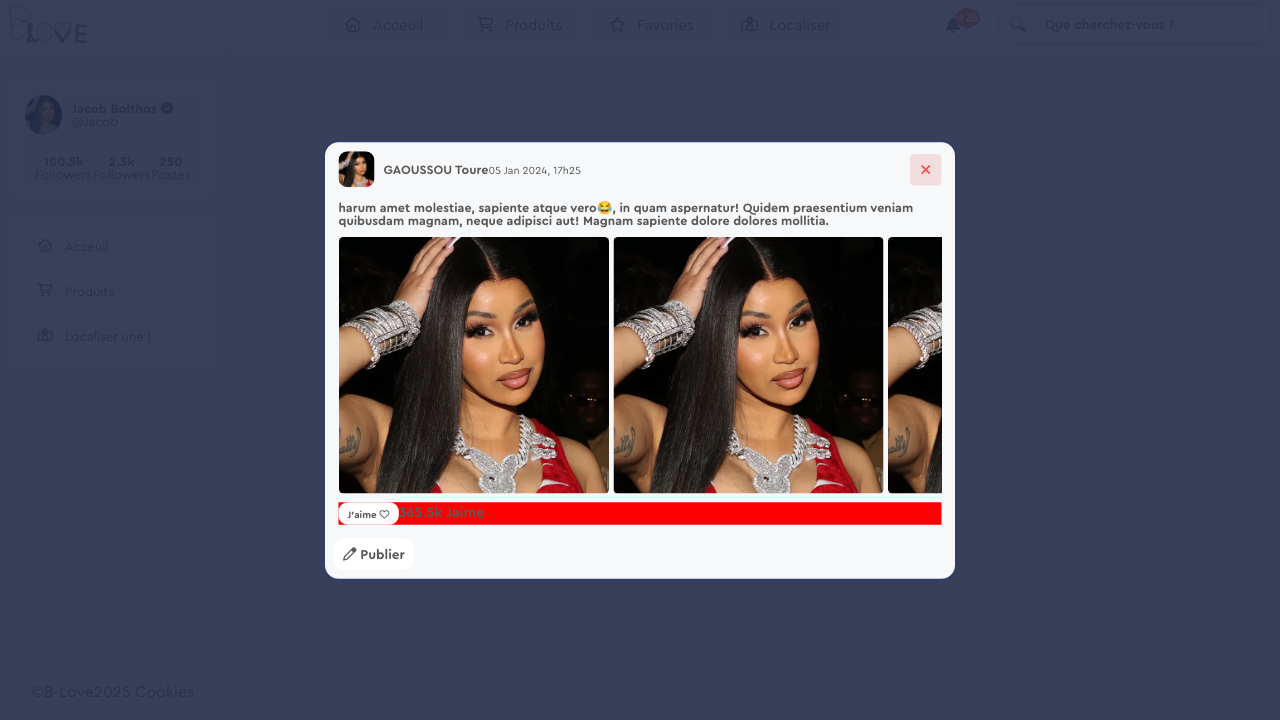
Repository: moomoony-log/b-love
Page: /home
The author's editor kept a copy of each file at every save. The page is drawn from the files as they stood at one save, then again after the next save.
The browser window is 1280 px wide. The pictures show the whole page.
The project was rebuilt for these pictures with package versions that can differ from the ones it lists, and the page was loaded fresh each time. Also part of the build but not shown: vite.config.ts, src/rules/legacy.tsx, src/rules/privacy.tsx, src/components/basic/notification.tsx, src/view/auth.tsx, src/view/main/acceuil.tsx, src/view/main/dashbord.tsx, src/view/main/info-account.tsx and 3 more.

Above is the page before, as saved 2025-10-15 15:30:15.

### index.html
<!--
        ?????????         ?????????        ???????????????????
        ????? ?????     ????? ?????      ??????????   ??????????
        ?????  ?????   ?????  ?????    ????????         ????????
        ?????   ????? ?????   ?????    ??????            ????????
        ?????    ?????????    ?????    ??????            ????????
        ?????      ?????      ?????    ???????          ????????
        ?????                 ?????     ?????????      ????????
        ?????                 ?????        ???????????????????
        ?????                 ?????         ????????????????

    TRAVAIL JUSQU'A CE QU'ON DISE QUE TU ES FRANC-MAÇON
    TRAVAIL JUSQU'A CE QU'ON DISE QUE TU ES FRANC-MAÇON
    TRAVAIL JUSQU'A CE QU'ON DISE QUE TU ES FRANC-MAÇON
-->
<!doctype html>
<html lang="en">
  <head>
    <meta charset="UTF-8">
    <meta name="viewport" content="width=device-width, initial-scale=1.0">
    <meta http-equiv="X-UA-Compatible" content="IE=edge">
    <!-- Inbuilt -->
    <link rel="shortcut icon" href="./img/logoloveb.png" type="image/x-icon">
    <!-- <link rel="stylesheet" href="./vendor/font-awesome-pro/css/all.css">  -->
    <!-- <link rel="stylesheet" href="./css/app.css">  -->
    <title>B!love</title>
  </head>
  <body id="index">
    <div id="main-container"></div>
    <script type="module" src="/src/main.tsx"></script>
  </body>
</html>

### src/main.tsx
import { StrictMode } from 'react'
import { createRoot } from 'react-dom/client'
import App from './app'

createRoot(document.getElementById('main-container')!).render(
  <StrictMode>
    <App />
  </StrictMode>
)

### src/app.tsx

import { createBrowserRouter, RouterProvider } from "react-router-dom";
import Legacy from "./rules/legacy";
import Privacy from "./rules/privacy";
import Main from "./view/main/main";
import Auth from "./view/auth";
import Acceuil from "./view/main/acceuil";
import Dashbord from "./view/main/dashbord";
import "../public/css/app.css"
import "../public/vendor/font-awesome-pro/css/all.css"
import InfoAccount from "./view/main/info-account";
import Account from "./view/main/account";
import BecomeToMember from "./view/main/becomeToMember";
import Product from "./view/main/product";

// import Auth from "./view/auth";

const router =  createBrowserRouter([
	{
		path:'/',
		element:<Auth/>
	},
	{
		path:'/legacy',
		element:<Legacy/>
	},
	{
		path:'/privacy',
		element:<Privacy/>
	},
	{
		path:'/home',
		element:<Main/>,
		children:[
			{
				path:'acceuil',
				element: <Acceuil/>
			},
			{
				path:'dashbord',
				element: <Dashbord/>,
			},
			{
				path: 'product',
				element: <Product/>
			},
			{
				path:'check',
				element: <div>Localisation</div>
			},
			{
				path:'client',
				element: <InfoAccount/>,
				children: [
					{
						path:'compte',
						element: <Account/>
					},
					{
						path:'devenir_membre',
						element: <BecomeToMember/>
					},

				]
			}

		]
	}
])

// --> POINT D'ENTREE DANS L'APP(INDEX --> AUTH)
function App() {
	return <RouterProvider router={router}/>
}

export default App

### src/components/basic/button.tsx
// --> BUTTON COMPONENTS

import { forwardRef } from "react"
import { NavLink, useLocation } from "react-router-dom";

interface buttonProps {
    type: 'submit' | 'button',
    name?: string,
    icon?:string,
    color?: string,
    outline?: string,
    small?: 'small' | 'small-1' | 'small-2' | 'small-3',
    navigate?: string,
    children: boolean,
    border?: boolean,
    to: string | false,
    inner?:string,
    disable?:boolean,
    onclick?: () => unknown
}

const Button = forwardRef<HTMLButtonElement, buttonProps>(
  ({ name, icon, color, outline, small, navigate, inner, disable, children,border, to, onclick }, ref) => {
    const location = useLocation()
    return (
      <button
        ref={ref}
        type="button"
        className="ui-btn"
        name={name}
        color={color}
        {...(outline ? { "data-outline": "" } : {})}
        {...(disable ? { disabled: true } : {})}
        {...(navigate ? { "data-navigate": "" } : {})}
        {...(inner ? { "data-inner": "" } : {})}
        {...(small ? { "data-size" : small} : {})}
        {...(border ? { "data-border": "" } : {})}
        {...(to && location.pathname === to ? { "data-active": "" } : {})}
        onClick={onclick}
      >
        { (!children && !to ) && name } { icon && (!children && !to ) && <i className={icon}></i> }

        { (children && to) && <NavLink to={to}>  <i className={icon}></i>  {name} </NavLink> }

      </button>
    );
  }
);

export default Button

### src/components/basic/modals/pubItem.tsx
// --> Item Publication Modal

import Button from "../button"

const ItemPub = () => {
    return(
        <>
        <div className="modal" data-name="pub-item" data-show>
                <div className="box">
                    <div className="modal-head">
                        <div className="title">
                            <div className="cont-account-img" data-name="pub-item"><img src="../img/cardi_b.webp"/></div>
                            <div className="identity">
                                <span>GAOUSSOU Toure</span>
                                <span>05 Jan 2024, 17h25</span>
                            </div>
                         </div>
                        <span className="exit"><i className="fa-solid fa-xmark"></i></span>
                    </div>
                    <div className="body">
                        <div className="about-pub" data-data>
                            harum amet molestiae, sapiente atque vero😂, in quam aspernatur! Quidem praesentium veniam quibusdam magnam, neque adipisci aut! Magnam sapiente dolore dolores mollitia.
                        </div>
                        <div className="medias-cont">
                            <div className="cont-account-img" data-name="pub-item-img"><img src="../img/cardi_b.webp"/></div>
                            <div className="cont-account-img" data-name="pub-item-img"><img src="../img/cardi_b.webp"/></div>
                            <div className="cont-account-img" data-name="pub-item-img"><img src="../img/cardi_b.webp"/></div>
                            <div className="cont-account-img" data-name="pub-item-img"><img src="../img/cardi_b.webp"/></div>
                            <div className="cont-account-img" data-name="pub-item-img"><img src="../img/cardi_b.webp"/></div>
                            <div className="cont-account-img" data-name="pub-item-img"><video src="../videos/Standard_Mode_Le_b_b__sirote_son_champagne_en_.mp4" ></video></div>
                            <div className="cont-account-img" data-name="pub-item-img"><video src="../videos/Standard_Mode_Le_b_b__sirote_son_champagne_en_.mp4" ></video></div>
                        </div>
                        <div className="pub-info">
                            <div className="one">
                                <Button children={false} outline="" icon="fa-regular fa-heart" to={false} type="button" name="J'aime" small="small-3"  />
                                <span className="like">365.5k Jaime</span>
                            </div>

                        </div>

                    </div>
                    <div className="controler">
                        <button type="button" className="ui-btn" name=""  data-size="large"  color=""> <i className="fa-regular fa-pen"></i> Publier</button>
                    </div>
                </div>
            </div>
        </>
    )
}

export default ItemPub

### public/css/config/config.css
/* Style global de configuration */

/* Police d'ecriture */
/* Cera */
@font-face{
    font-family: 'Cera';
    src: url('../../font/cera-round-pro/CeraRoundPro-Bold.otf');
    font-weight: bold;
}
@font-face {
    font-family: 'Cera';
    src: url('../../font/cera-round-pro/CeraRoundPro-Regular.otf');
    font-weight: normal;
}

/* body{
    display: flex !important;
    padding: 5px;
    height: 100%;
    width: 100%;
    position: absolute;
    top: 0;
    left: 0;
    overflow: hidden;
} */
body *{
    box-sizing: border-box;
    font-family: 'Cera', sans-serif;
    font-weight: bold;
}

button:focus, input:focus, textarea:focus, select:focus {
    outline: none;
}

button {
    cursor: pointer;
    border: none;
}

h1, h2, h3, h4, h5, p {
    color: inherit;
    margin: 0;
    padding: 0;
    text-decoration: inherit;
}

img{
    height: inherit;
    max-width: 100%;
}

### public/css/component/components.css
 /* Imporation des dependances */
 @import url('input.css');
 @import url('button.css');
 @import url('img.css');
 @import url('notification.css');
 @import url('loader.css');
 @import url('table.css');
 @import url('./modals/modal.css');

 @keyframes text{
    0%{
        transform: translateX(100%);
    }
    100%{
        transform: translateX(-100%);
    }
 }

### public/css/views.css
/* --> Css relative à toutes les vues communes  */
@import url('views/auth.css');
@import url('views/legacy.css');
@import url('views/privacy.css');

### public/css/animation.css
@keyframes reotateInner {
    from {
       transform: rotate(0);
    }
    to{
       transform: rotate(180deg);
    }
 }
 @keyframes Online {
    0%, 100% {
       transform: scale(1.5);
       opacity: 1;

    }
    50% {
       transform: scale(0.5);
       /* opacity: 0.5; */
    }
 }
  @keyframes Online2 {
    0%, 100% {
       opacity: 1;

    }
    50% {
       opacity: 0.5;
    }
 }
 @keyframes spin {
   0%{
      transform: rotate(0deg);
   }
   100%{
      transform: rotate(360deg);
   }

 }
  @keyframes opa {
   0%{
      opacity: .4;
   }
   100%{
      opacity: 1;
   }

 }

### public/css/utils/utils.css
@import url('variable.css');
@import url('helper.css');

### public/css/utils/variable.css
/* Variables */
:root{
    --color-white: #ffffff;
    --color-gray-soft: #F6F8FA;
    --color-gray-medium: #b0b0b0;
    --color-gray-hard: #595959;
    --color-gray-hard-1: #7f7f7f;
    /* --color-gray-hard-3: #d4d2d246; */
    --color-gray-hard-3: #f2f2f2e7;
    --color-gray-hard-5: #f2f2f2;
    --color-gray-hard-4: #5959592f;
    --color-blue-lite: #dbf5ff;
    --color-blue-soft: #00B0F0;
    --color-blue-soft-2: #9ab9dc;
    --color-blue-hard: #2A6EBB;
    --color-green-lite: #aefecf;
    --color-green-lite-2: #80d6a4;
    --color-green-hard: #41cf7c;
    --color-red-lite: #ffcdcd;
    --color-red-soft: #f58e8e;
    --color-red-hard: #f25353;
    --shadow-one: 0 0 5px #eee;
    --shadow-two: 0 0 5px #84b1c3;
    --shadow-3: 0 0 4px #bababa;
    --bezier-1: cubic-bezier(0.68, -0.55, 0.27, 1.55);
}

### public/css/utils/helper.css
/* cool-scroll-bar */
.cool-scroll-bar::-webkit-scrollbar{
    width: 3px;
    height: 3px;
    border-radius: 50px !important;
    background-color: var(--color-gray-soft);
    box-shadow: 0 0 5px var(--color-gray-soft);
}
.cool-scroll-bar::-webkit-scrollbar-thumb{
    background-color: var(--color-gray-medium);
    border-radius: 50px !important;
}

### public/css/views/legacy.css
.legacy {
    z-index: 10;
    height: 100%;
    padding: 20px;
    overflow: auto;
}
.legacy p{
    font-size: 40px;
}

### public/css/views/privacy.css
.privacy {
    z-index: 10;
    height: 100%;
    padding: 20px;
    overflow: auto;
}
.privacy p{
    font-size: 40px;
}

### public/css/component/notification.css
/* CSS DES GRILLES DE NOTIFICATIONS */
#notification{
    position: absolute;
    right: 0;
    z-index: 900;
    width: 350px;
    bottom: 0;
    padding: 5px;
    display: flex;
    justify-content: flex-end;
    align-items: center;
    flex-direction: column;
    gap: 10px;
}

#notification .notif-item{
    width: 320px;
    max-height: 60px;
    box-sizing: border-box;
    background-color: var(--color-white);
    display: none;
    align-items: center;
    overflow: hidden;
    gap: 5px;
    padding: 10px;
    border-radius: 10px;
    opacity: 0;
    transform: scale(0);
    box-shadow: 0 0 7px -2px var(--color-gray-hard-1);
    transition: transform .3s cubic-bezier(0.68, -0.55, 0.27, 1.55), opacity .2s ease-in-out, max-height .3s ease-in-out;
}
#notification .notif-item .notif-text-content{
    margin-right: auto;
}

#notification .notif-item[data-show]{
    opacity: 1;
    transform: scale(1);
    display: flex;
}

#notification .notif-item .icon{
    height: 35px;
    width: 35px;
    line-height: 35px;
    text-align: center;
    font-size: 15px;
    border-radius: 50%;
    position: relative;
    z-index: 2;
    color: var(--color-white);
}

#notification .notif-item .icon::before{
    position: absolute;
    text-align: center;
    left: 0;
    font-size: 35px;
    content: '\f335';
    font-family: 'Font Awesome 6 Pro';
    z-index: -1;
}

#notification .notif-item .exit{
    text-align: center;
    margin-left: 5px;
    border-radius: 50%;
    cursor: pointer;
    color: #cccccc;
}

#notification .notif-item[data-name="exit"] {
    border-left: 5px solid var(--color-red-soft);
}
#notification .notif-item[data-name="exit"] .exit{
    color: var(--color-red-soft);
}
#notification .notif-item[data-name="good"] .exit{
    color: var(--color-green-lite-2);
}
#notification .notif-item[data-name="exit"]:hover{
    box-shadow: 0 0 7px -2px var(--color-red-hard);
}
#notification .notif-item[data-name="good"]:hover{
    box-shadow: 0 0 7px -2px var(--color-green-hard);
}
#notification .notif-item[data-name="await"]:hover{
    box-shadow: 0 0 7px -2px var(--color-gray-hard);
}
.notif-item[data-name="exit"] .icon::before{
    color: var(--color-red-soft);
}
#notification .notif-item[data-name="await"]{
    border-left: 5px solid #cccccc;
}
.notif-item[data-name="good"] .icon::before{
    color: var(--color-green-lite-2);
}
.notif-item[data-name="await"] .icon::before{
    color: #cccccc;
}
#notification .notif-item[data-name="good"]{
    border-left: 5px solid var(--color-green-lite-2);
}
#notification .notif-item .title{
    text-wrap: nowrap;
    color: var(--color-gray-hard-1);
    font-size: 13px;
}
#notification .notif-item .text{
    font-size: 12px;
    display: flex;
    overflow: hidden;
    max-width: 240px;
    text-overflow: ellipsis;
    font-weight: lighter;
}

/* RESPONSIVE STATE */
@media (max-width: 344px) {
    #notification{
        width: 300px;
    }
    #notification .notif-item{
        width: 290px;
        max-height: 80px;
    }
    #notification .notif-item .icon::before{
        left: -2px;
    }
}

### public/css/component/loader.css

/* CSS DU COMPOSANT DE CHRAGEMENT */
#loader{
    position: absolute;
    display: flex;
    flex-direction: column;
    width: 100%;
    gap: 10px;
    height: 100%;background-color: rgba(255, 255, 255, 0.744);
    justify-content: center;
    align-items: center;
    z-index: 1000;
}

#loader .spinner{
    height: 60px;
    width: 60px;
    display: flex;
    justify-content: center;
    align-items: center;
    position: relative;
    animation: spin 2s linear infinite;
}
#loader .spinner::before{
    content: '';
    height: 100%;
    width: 100%;
    position: absolute;
    border-radius: 50%;
    border: solid 4px var(--color-gray-hard-3);
}
#loader .spinner::after{
    content: '';
    height: 100%;
    width: 100%;
    position: absolute;
    border-radius: 50%;
    border: solid 4px transparent;
    border-left-color:var(--color-gray-hard-1);
    animation: spin 0.8s linear infinite, opa 0.8s ease-in-out infinite alternate-reverse;
}
#loader img{
    width: 95px;
    height: 50px;
}
#loader i{
    font-size: 20px;
}
#loader .i{
   background-color: var(--color-gray-hard-);
   padding: 7px;
   display: flex;
   align-items: center;
   justify-content: center;
   border-radius: 5px;
}

### public/css/component/table.css
.infos-personnels[data-name="statut"] .availability table{
    border-collapse: collapse;
    width: 100%;
    background-color: var(--color-white);
    text-align: center;
    font-size: 13px;
}
.availability table th,
.availability table td{
    height: 40px;
    padding: 3px;
}
.availability table td:last-child{
    text-align: right;
}
.availability table tbody tr:hover{
    background-color: var(--color-gray-hard-3);
}

.cont-my-post table{
    width: 100%;
    border-spacing: 0 5px;
    background-color: var(--color-white);
    text-align: center;
    padding: 5px;
    border-radius: 5px;
}
.cont-my-post table tbody td:last-child button{
    background-color: white;
    margin-left: 5px;
}
.cont-my-post table tbody tr:hover td{
    background-color: var(--color-white);
}
.cont-my-post table tbody tr:hover td:last-child button{
    background-color: var(--color-gray-hard-3);
}

.cont-my-post table tbody td{
    padding: 5px;
    background-color: var(--color-gray-hard-3);
    font-weight: lighter;
    margin: 10px;
}
.cont-my-post table tbody td:last-child{
    text-align: right;
}


@media (max-width: 855px) {
    .cont-my-post table{
        font-size: 12px;
    }
    .cont-my-post table tbody td:last-child{
        display: flex;
        flex-direction: column;
        margin: 0;
        gap: 5px;
    }
}

@media (max-width: 355px) {
    .cont-my-post table tbody td:last-child{
        font-size: 11px;
    }
}

### public/css/component/modals/modal.css
/* @import url('./modals/registration.css'); */
@import url('./publication.css');
@import url('./pubItem.css');
@import url('./confirm.css');

#modals .modal{
    position: fixed;
    display: none;
    align-items: center;
    left: 0;
    top: 0;
    justify-content: center;
    height: 100%;
    width: 100%;
    background-color: #262f4ae8;
    z-index: 1000;
    transition: opacity .6s ease-in-out;
    animation: show-modal .5s ease-in-out;
 }
.modal .box{
    background-color:var(--color-gray-soft);
    min-width: 300px;
    max-width: 1300px;
    min-height: 270px;
    box-shadow: 0 0 5px 0px #263b80;
    padding: 10px;
    border-radius: 15px;
    opacity: 1;
    transform: scale(.9);
    flex-direction: column;
    gap: 10px;
    animation: show-box .6s ease-in-out forwards;
}

.modal:active .box{
    animation: show-box .6s ease-in-out forwards, show-cont .1s ease-in-out;
}
 /* Animation > Affichage > Masquage */
.modal[data-show]{
   display: flex !important;
}
.modal[data-show] .box{
   display: flex !important;
}
.modal[hide]{
   opacity: 0;
}
.modal[hide] .box{
    animation: hide-box .5s ease-in-out forwards;
}
.modal .box .modal-head{
   height: 40px;
   display: flex;
   padding: 0 5px;
   justify-content: space-between;
   align-items: center;
}
.box .modal-head .title i{
   height: 25px;
   width: 25px;
   line-height: 25px;
   text-align: center;
   border-radius: 5px;
   color: var(--color-white);
   background-color: var(--color-gray-hard-1);
}
.box .modal-head .exit i{
   color: var(--color-red-hard);
   cursor: pointer;
   height: 35px;
   width: 35px;
   line-height: 35px;
   text-align: center;
   background-color: rgb(242, 222, 222);
   border-radius: 5px;
}
.modal .box .body{
   min-height: 200px;
   border-radius: 10px;
   padding: 5px;
}
.modal .box .controler{
   width: 100%;
   display: flex;
   gap: 30px;
 }

### public/css/component/modals/pubItem.css

.modal[data-name="pub-item"] .box{
    max-width: 700px;
}
.modal[data-name="pub-item"] .title{
    display: flex;
    gap: 10px;
    align-items: center;
}
.modal[data-name="pub-item"] .body .medias-cont{
    display: flex;
    overflow-y: hidden;
    overflow-x: auto;
    gap: 5px;
    height: 285px;
}
.modal[data-name="pub-item"] .body{
    display: flex;
    flex-direction: column;
    gap: 10px;
}
.modal[data-name="pub-item"] .body .about-pub{
    width: 100%;
    max-height: 100px;
    font-size: 14px;
    overflow: hidden;
    display: -webkit-box;
    -webkit-line-clamp: 3;
    -webkit-box-orient: vertical;
    line-clamp: 3;
}
.modal[data-name="pub-item"] .body .about-pub[data-data]{
    -webkit-line-clamp: initial;
    -webkit-box-orient: initial;
    line-clamp: initial;

}
.modal[data-name="pub-item"] .body .pub-info{
    display: flex;
    background-color: red;
}
.body .pub-info
.modal[data-name="pub-item"] .title .identity{
    display: flex;
    gap: 3px;
    flex-direction: column;
}
.modal[data-name="pub-item"] .title .identity span{
    font-size: 14px;
}
.modal[data-name="pub-item"] .title .identity span:last-child{
    font-weight: lighter;
    font-size: 12px;
}

### public/css/component/modals/confirm.css
.modal[data-name="confirm"] .box .body{
   display: flex;
   background-color: var(--color-white);
   display: flex;
   flex-direction: column;
   justify-content: center;
   align-items: center;
   position: relative;
}
.modal[data-name="confirm"] .box .body::after{
    content: '';
    height: 100%;
    width: 100%;
    border-radius: 10px;
    position: absolute;
    animation: Online2 1s ease-in-out infinite;
}
.modal[data-name="confirm"] .box .body .icon{
    height: 75px;
    width: 75px;
    font-size: 50px;
    line-height: 75px;
    text-align: center;
    border-radius: 10px;
    margin-bottom: 5px;
}
.modal[data-name="confirm"] .box .body .title{
    font-size: 20px;
    margin-bottom: 20px;
}
.modal[data-name="confirm"] .box .body .confirm-text{
    font-weight: lighter;
}

.modal[data-name="confirm"] .box .body[type="exit"]::after{
    background-color: rgba(255, 17, 17, 0.066);
}
.modal[data-name="confirm"] .box .body[type="exit"] .icon{
    box-shadow: 0 0 7px -4px var(--color-red-hard);
    background-color: var(--color-red-lite);
    color: var(--color-red-soft);
}
.modal[data-name="confirm"] .box .body[type="exit"] .title{
    color: var(--color-red-soft);
}

.modal[data-name="confirm"] .box .body[type="good"]::after{
    background-color: rgba(17, 184, 255, 0.077);
}
.modal[data-name="confirm"] .box .body[type="good"] .icon{
    box-shadow: 0 0 7px -4px var(--color-blue-hard);
    background-color: var(--color-blue-lite);
    color: var(--color-blue-soft);
}
.modal[data-name="confirm"] .box .body[type="good"] .title{
    color: var(--color-blue-soft);
}

### src/utils/utils.ts
class Utils {

    static emailValidation(email: string) : boolean {
        const emailRegex :RegExp = /^[^\s@]+@[^\s@]+\.[^\s@]+$/
        return emailRegex.test(email)
    }

    static inputValue(value: string, minLenght: number) : boolean {
        const inputRegex :RegExp = /^[A-Za-zÀ-ÖØ-öø-ÿ\s]+$/

        if (value.length > minLenght && inputRegex.test(value)) return inputRegex.test(value)
        else return false
    }

    static passwordValidation = (value: string):boolean => {
        const passwordRegex: RegExp = /^(?=.*?[A-Z])(?=.*?[a-z])(?=.*?[0-9])(?=.*?[#?!@$%^&*-]).{8,}$/g
        if (passwordRegex.test(value)) return true
        else return false
    }

    static otpValidation = (value: string):boolean => {
        const otpRegex : RegExp = /^[0-9]+$/gm
        if(otpRegex.test(value) && value.length === 1) return true
        else return false
    }

}

export default Utils

Loaded but not shown: public/vendor/font-awesome-pro/css/all.css (library); public/css/app.css (2376 lines, source omitted); src/view/main/main.tsx (184 lines, source omitted); src/components/basic/input.tsx (178 lines, source omitted); public/css/views/auth.css (265 lines, source omitted); public/css/component/input.css (227 lines, source omitted); public/css/component/button.css (206 lines, source omitted); public/css/component/modals/publication.css (141 lines, source omitted); public/css/component/img.css (169 lines, source omitted)

After the next save:
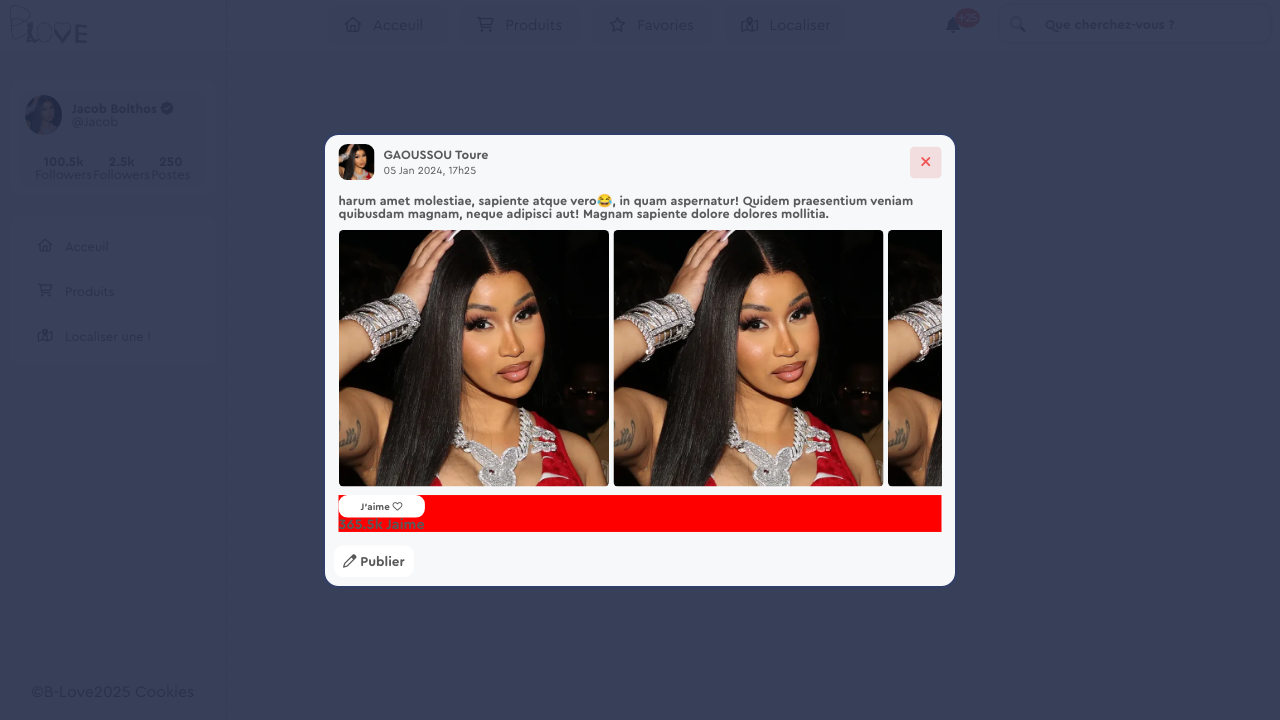
Saved 33 s later.
--- a/public/css/component/modals/pubItem.css
+++ b/public/css/component/modals/pubItem.css
@@ -39,7 +39,10 @@
     display: flex;
     background-color: red;
 }
-.body .pub-info
+.body .pub-info .one{
+    display: flex;
+    flex-direction: column;
+}
 .modal[data-name="pub-item"] .title .identity{
     display: flex;
     gap: 3px;
